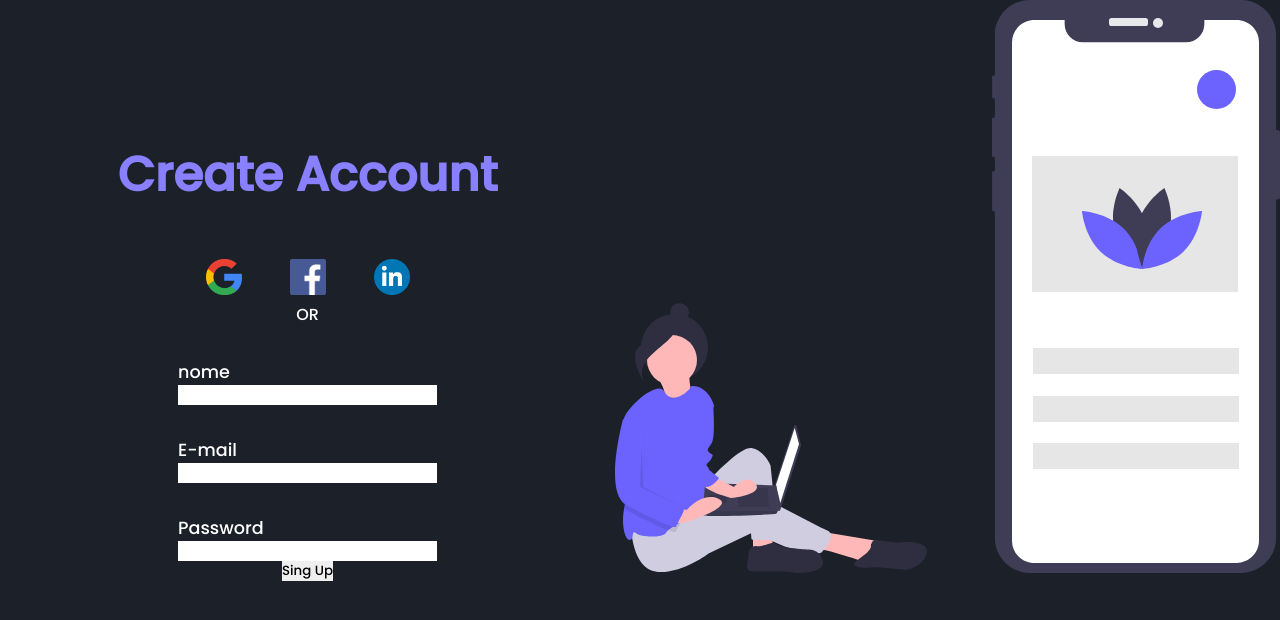
Repository: daniel-victorr/Cadastro
Page: login.html
These files come from the project's save history. The page is drawn as it stood at one moment and after the next save; the edit follows.
The browser window is 1280 px wide. The pictures show the whole page.

Above is the page before, as saved 2022-02-17 16:29:53.

After the next save:
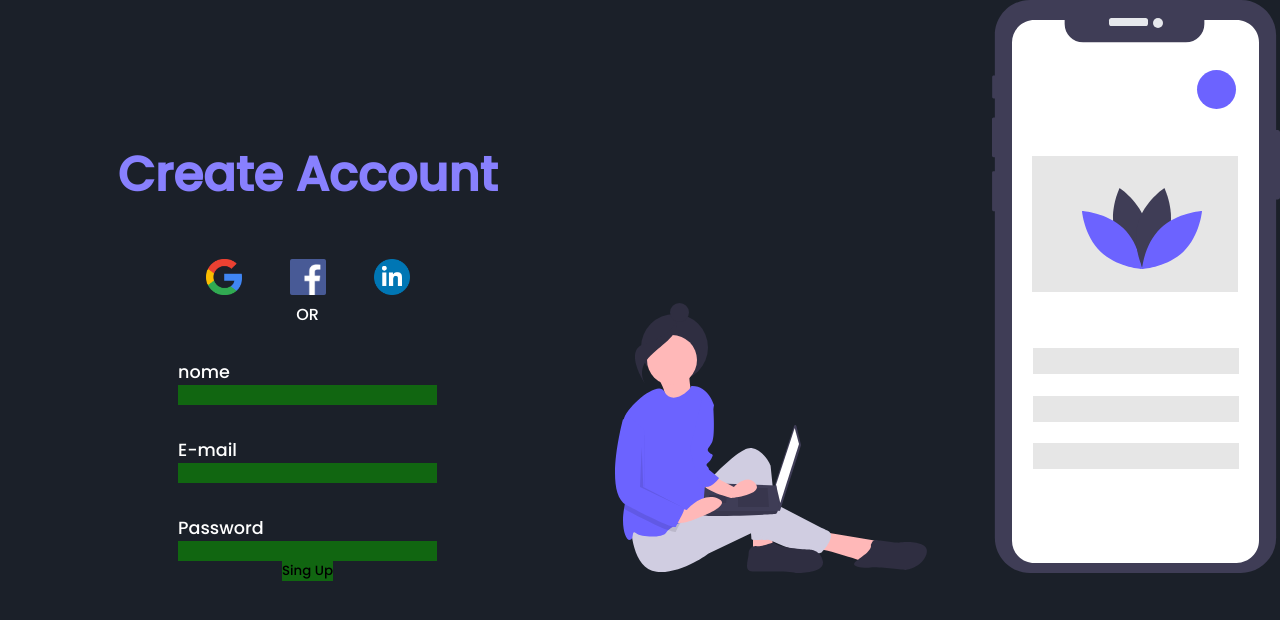
Saved 4 s later.
--- a/Cadastro.css
+++ b/Cadastro.css
@@ -67,5 +67,5 @@ main form label span{
 }
 
 main form input{
-    background: #;
+    background: #161;
 }
